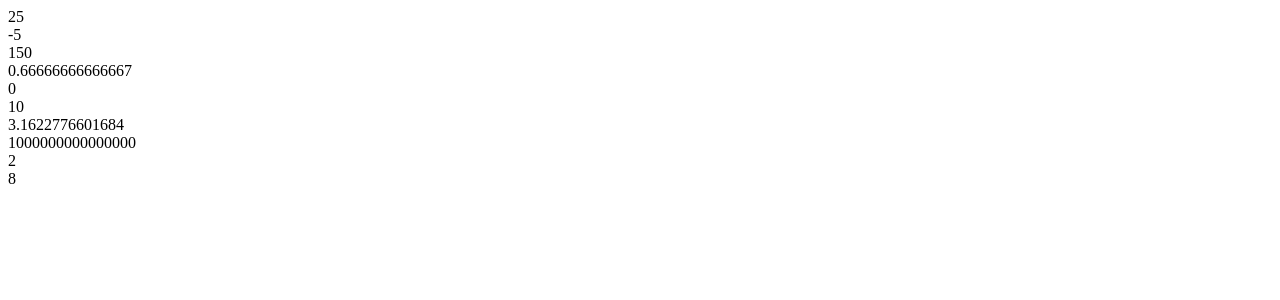
Repository: motiejus1/02-paskaita-PHP-05.31
Page: http://localhost/
These files come from the project's save history. The page is drawn as it stood at one moment and after a run of saves; the edit follows.
The browser window is 1280 px wide. The pictures show the whole page.
The page is run by PHP 8.4 with error messages shown; the project is at /var/www/html/.

Above is the page before, as saved 2021-07-23 18:27:55.

### index.php
<!DOCTYPE html>
<html lang="en">
<head>
    <meta charset="UTF-8">
    <meta http-equiv="X-UA-Compatible" content="IE=edge">
    <meta name="viewport" content="width=device-width, initial-scale=1.0">
    <title>02-paskaita</title>
</head>
<body>
    <?php
    //Operatoriai ir matematiniai veiksmai
    $sk1 = 10;
    $sk2 = 15;

    //Suma
    $suma = $sk1 + $sk2;
    echo $suma;

    //Atimtis
    $atimtis = $sk1 - $sk2;
    echo "<br>";
    echo $atimtis;

    //Daugyba
    $daugyba = $sk1 * $sk2;
    echo "<br>";
    echo $daugyba;

    //Dvi dalybas: paprasta dalyba ir liekana
    $dalyba = $sk1 / $sk2; // 10/15 = 0.666666666
    echo "<br>";
    echo $dalyba;
    // grazintu tiktai sveikaja dali
    $dalybosSveikojiDalis = intval($dalyba); // 10/15 = 0
    echo "<br>";
    echo $dalybosSveikojiDalis;

    //Liekana
    $liekana = $sk1 % $sk2; // 10 % 15 = 10
    echo "<br>";
    echo $liekana;

    //kvadratine saknis
    $saknis = sqrt($sk1);// 10 //Math.sqrt
    echo "<br>";
    echo $saknis;

    //kelimas laipsniu
    $laipsnis = $sk1 ** $sk2; // 10^15
    echo "<br>";
    echo $laipsnis;

    //bet kokio laipsnio saknis
    // 4 laipsnio sakni
    $sk1 = 16;
    $ntojisaknis = $sk1 ** (1/4); // 2
    echo "<br>";
    echo $ntojisaknis;

    //pow - deprecated

    $veiksmas = 2 * (2 + 2); //6 -> 8
    echo "<br>";
    echo $veiksmas;
    ?>
</body>
</html>

After the next 3 saves:
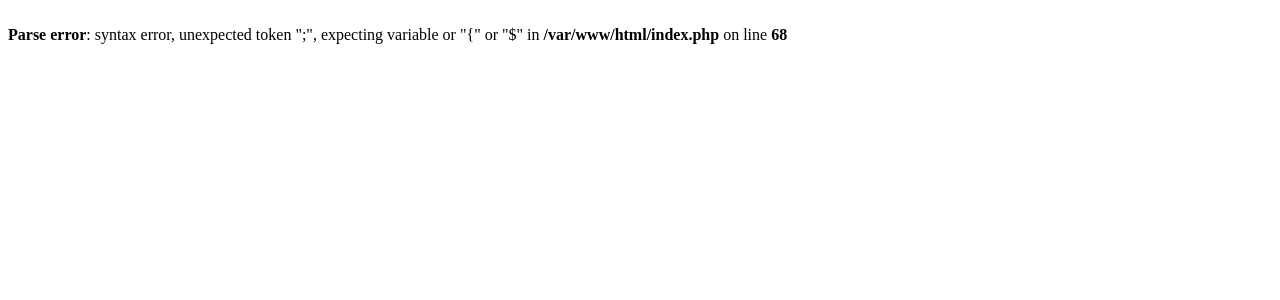
The 3 saves are shown as one change because they came seconds apart.
The last was saved 97 s later.
--- a/index.php
+++ b/index.php
@@ -62,6 +62,9 @@
     $veiksmas = 2 * (2 + 2); //6 -> 8
     echo "<br>";
     echo $veiksmas;
+
+    //kelimas 4 laipsniu
+    $
     ?>
 </body>
 </html>

After the 4 saves that followed:
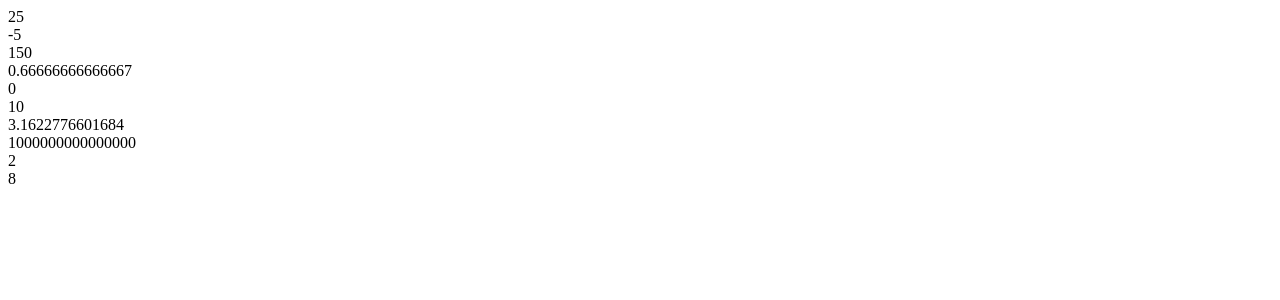
The 4 saves are shown as one change because they came seconds apart.
The last was saved 12 s later.
--- a/index.php
+++ b/index.php
@@ -64,7 +64,7 @@
     echo $veiksmas;
 
     //kelimas 4 laipsniu
-    $
+    $ketvirtaslaipsnis = 5 ** 4;
     ?>
 </body>
 </html>
